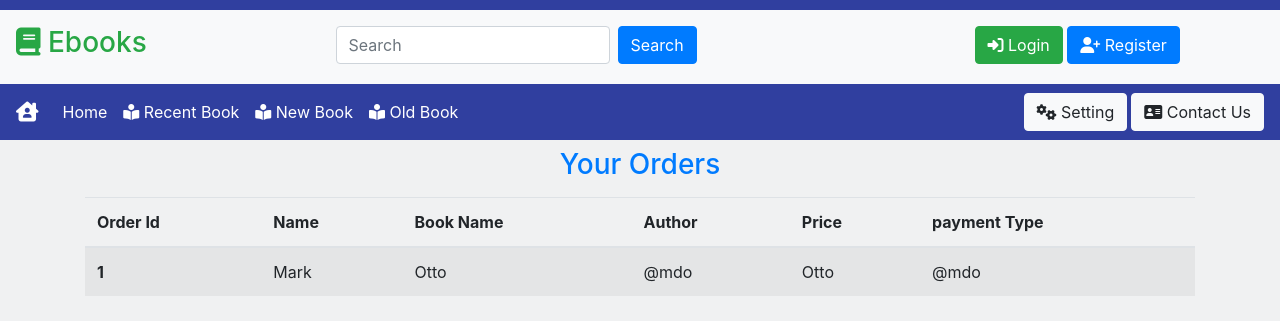
Repository: chittaranjan24/E-Books_Management_System
Page: http://localhost/Ebook-App/order.jsp
These files come from the project's save history. The page is drawn as it stood at one moment and after the next save; the edit follows.
The browser window is 1280 px wide. The pictures show the whole page.
Some web libraries are served in a nearby version. The page is served by Tomcat 9.

Above is the page before, as saved 2023-08-31 11:27:28.

After the next save:
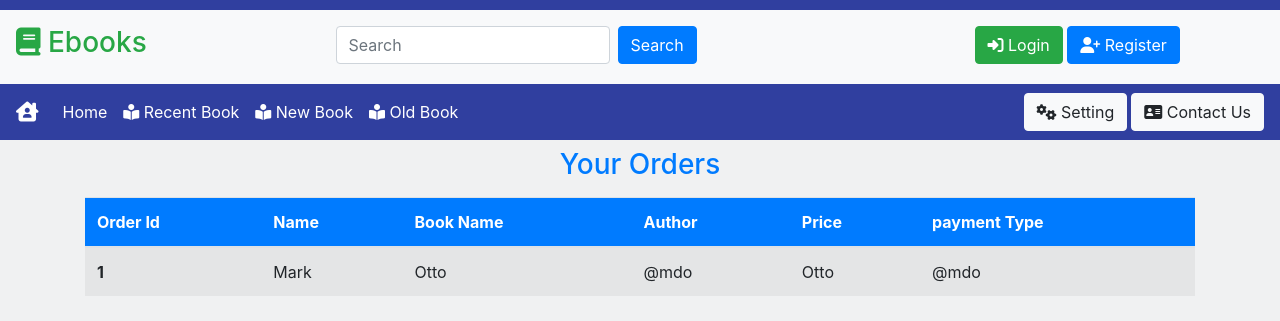
Saved 35 s later.
--- a/Ebook-App/src/main/webapp/order.jsp
+++ b/Ebook-App/src/main/webapp/order.jsp
@@ -12,7 +12,7 @@
 	<div class="container">
 	<h3 class="text-center text-primary mt-2">Your Orders</h3>
 		<table class="table table-striped mt-3">
-			<thead>
+			<thead class="bg-primary text-white">
 				<tr>
 					<th scope="col">Order Id</th>
 					<th scope="col">Name</th>
